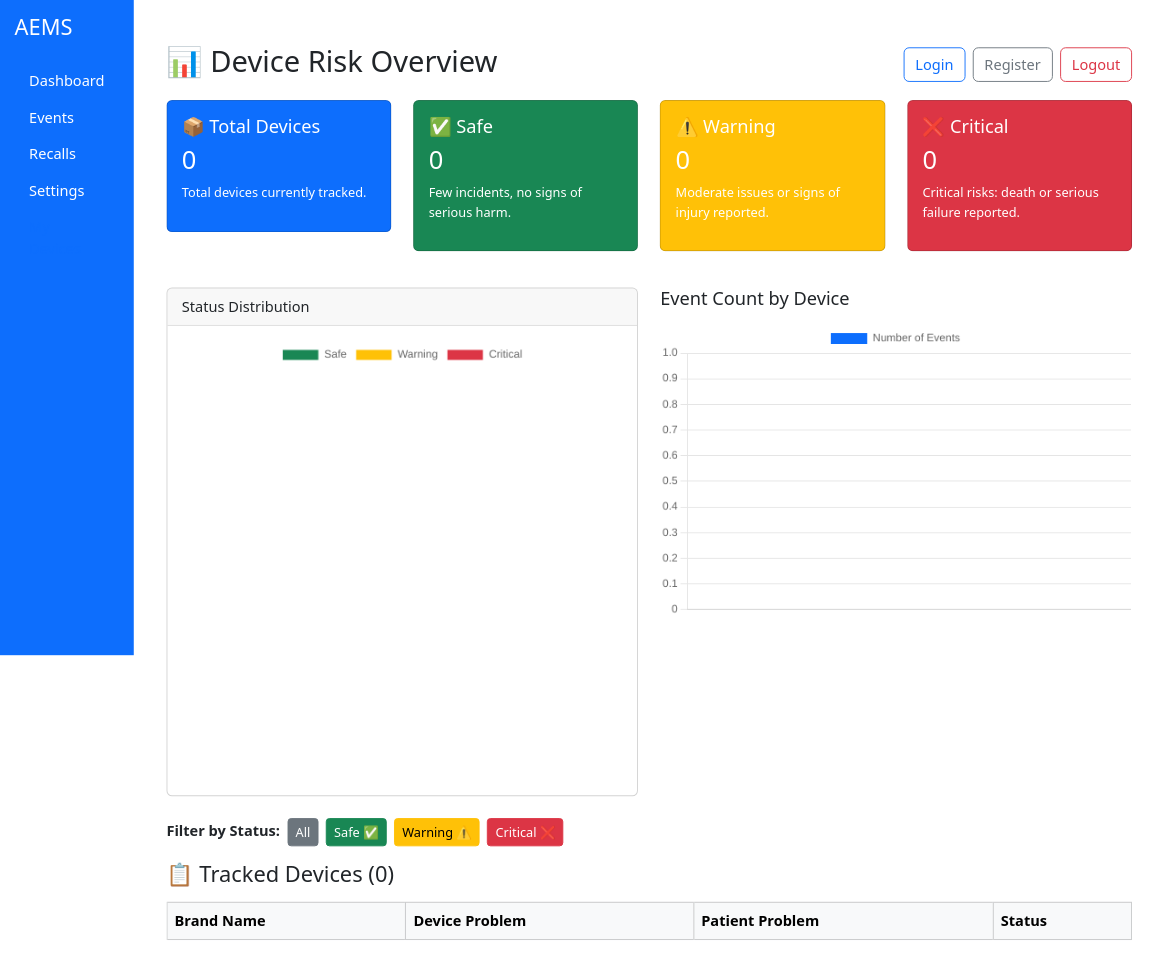
Repository: Sarary2/AEMS_2MVP
Page: / (app in frontend/AEMS/)
These files come from the project's save history. The page is drawn as it stood at one moment and after the next save; the edit follows.
The browser window is 1280 px wide. The pictures show the whole page, at 91% of full size.
The page's requests for data from a server got no answer. The project was rebuilt for these pictures with package versions that can differ from the ones it lists, and the page was loaded fresh each time. No one was signed in, and anything a server would have sent is missing. Also part of the build but not shown: frontend/AEMS/vite.config.js, frontend/AEMS/src/components/DeviceRow.jsx, frontend/AEMS/src/pages/Events.jsx, frontend/AEMS/src/firebase.js, frontend/AEMS/src/pages/Login.jsx, frontend/AEMS/src/pages/Register.jsx.

Above is the page before, as saved 2025-05-06 12:47:19.

### frontend/AEMS/src/main.jsx
import React from 'react';
import ReactDOM from 'react-dom/client';
import App from './App.jsx';
import 'bootstrap/dist/css/bootstrap.min.css';

ReactDOM.createRoot(document.getElementById('root')).render(
  <React.StrictMode>
    <App />
  </React.StrictMode>
);

### frontend/AEMS/src/App.jsx
import { BrowserRouter as Router, Routes, Route, useLocation } from 'react-router-dom';
import Sidebar from './components/Sidebar';
import Dashboard from './pages/Dashboard';
import Events from './pages/Events';
import Login from './pages/Login';
import Register from './pages/Register';

function LayoutWithSidebar({ children }) {
  return (
    <div className="d-flex">
      <Sidebar />
      <div className="p-4 flex-grow-1">
        {children}
      </div>
    </div>
  );
}

function AppRoutes() {
  const location = useLocation();
  const hideSidebar = ['/login', '/register'].includes(location.pathname);

  return hideSidebar ? (
    <Routes>
      <Route path="/login" element={<Login />} />
      <Route path="/register" element={<Register />} />
    </Routes>
  ) : (
    <LayoutWithSidebar>
      <Routes>
        <Route path="/" element={<Dashboard />} />
        <Route path="/events" element={<Events />} />
      </Routes>
    </LayoutWithSidebar>
  );
}

export default function App() {
  return (
    <Router>
      <AppRoutes />
    </Router>
  );
}

### frontend/AEMS/src/components/Sidebar.jsx
import { Link } from 'react-router-dom';

export default function Sidebar() {
  return (
    <div className="bg-primary text-white vh-100 p-3">
      <h4 className="text-white">AEMS</h4>
      <ul className="nav flex-column mt-4">
        <li className="nav-item"><Link className="nav-link text-white" to="/">Dashboard</Link></li>
        <li className="nav-item"><Link className="nav-link text-white" to="/events">Events</Link></li>
        <li className="nav-item"><Link className="nav-link text-white" to="/recalls">Recalls</Link></li>
        <li className="nav-item"><Link className="nav-link text-white" to="/settings">Settings</Link></li>
        <li className="nav-item">
  <a className="nav-link" href="/tracked">My Devices</a>
</li>
      </ul>
    </div>
  );
}

### frontend/AEMS/src/pages/Dashboard.jsx
import { useEffect, useState } from 'react';
import { useNavigate } from 'react-router-dom';
import StatCard from '../components/StatCard';
import DeviceRow from '../components/DeviceRow';
import StatusChart from '../components/StatusChart';
import EventsChart from '../components/EventsChart';

export default function Dashboard() {
  const [devices, setDevices] = useState([]);
  const [filter, setFilter] = useState('All');
  const navigate = useNavigate();

  useEffect(() => {
    fetch('http://localhost:5001/api/devices/all')
      .then(res => res.json())
      .then(data => setDevices(data))
      .catch(err => console.error('Failed to fetch devices', err));
  }, []);

  const getStatusCounts = () => {
    const total = devices.length;
    const safe = devices.filter(d => d.status === 'Safe').length;
    const warning = devices.filter(d => d.status === 'Warning').length;
    const critical = devices.filter(d => d.status === 'Critical').length;
    return { total, safe, warning, critical };
  };

  const { total, safe, warning, critical } = getStatusCounts();
  const filteredDevices = filter === 'All' ? devices : devices.filter(d => d.status === filter);

  const statusIcons = {
    Safe: '✅',
    Warning: '⚠️',
    Critical: '❌'
  };

  return (
    <div className="container-fluid">
      <div className="d-flex justify-content-between align-items-center mt-4 mb-3">
        <h2>📊 Device Risk Overview</h2>
        <div>
          <button className="btn btn-outline-primary me-2" onClick={() => navigate('/login')}>Login</button>
          <button className="btn btn-outline-secondary me-2" onClick={() => navigate('/register')}>Register</button>
          <button className="btn btn-outline-danger" onClick={() => alert('🔒 Logged out')}>Logout</button>
        </div>
      </div>

      <div className="row mb-4">
        <StatCard title="Total Devices" count={total} />
        <StatCard title="Safe" count={safe} />
        <StatCard title="Warning" count={warning} />
        <StatCard title="Critical" count={critical} />
      </div>

      <div className="row mb-4">
        <div className="col-md-6">
          <StatusChart data={{ Safe: safe, Warning: warning, Critical: critical }} />
        </div>
        <div className="col-md-6">
          <EventsChart devices={devices} />
        </div>
      </div>

      <div className="mb-3">
        <strong>Filter by Status:</strong>{' '}
        {['All', 'Safe', 'Warning', 'Critical'].map((s) => (
          <button
            key={s}
            className={`btn btn-sm mx-1 btn-${s === 'All' ? 'secondary' : s === 'Safe' ? 'success' : s === 'Warning' ? 'warning' : 'danger'}`}
            onClick={() => setFilter(s)}
          >
            {s} {statusIcons[s] || ''}
          </button>
        ))}
      </div>

      <h4>📋 Tracked Devices ({filteredDevices.length})</h4>
      <div className="table-responsive">
        <table className="table table-striped table-bordered mt-2">
          <thead className="table-light">
            <tr>
              <th>Brand Name</th>
              <th>Device Problem</th>
              <th>Patient Problem</th>
              <th>Status</th>
            </tr>
          </thead>
          <tbody>
            {filteredDevices.map((device, i) => (
              <DeviceRow key={i} device={device} />
            ))}
          </tbody>
        </table>
      </div>
    </div>
  );
}

### frontend/AEMS/src/components/StatCard.jsx
import React from 'react';

const statusDetails = {
  "Safe": {
    icon: "✅",
    explanation: "Few incidents, no signs of serious harm.",
    color: "success"
  },
  "Warning": {
    icon: "⚠️",
    explanation: "Moderate issues or signs of injury reported.",
    color: "warning"
  },
  "Critical": {
    icon: "❌",
    explanation: "Critical risks: death or serious failure reported.",
    color: "danger"
  },
  "Total Devices": {
    icon: "📦",
    explanation: "Total devices currently tracked.",
    color: "primary"
  }
};

export default function StatCard({ title, count }) {
  const details = statusDetails[title] || {
    icon: "📊",
    explanation: "Summary of device activity.",
    color: "secondary"
  };

  return (
    <div className="col-md-3 mb-3">
      <div className={`card text-white bg-${details.color}`}>
        <div className="card-body">
          <h5 className="card-title">
            {details.icon} {title}
          </h5>
          <h3 className="card-text">{count}</h3>
          <p className="small">{details.explanation}</p>
        </div>
      </div>
    </div>
  );
}

### frontend/AEMS/src/components/StatusChart.jsx
import { Pie } from 'react-chartjs-2';
import { Chart as ChartJS, ArcElement, Tooltip, Legend } from 'chart.js';

ChartJS.register(ArcElement, Tooltip, Legend);

export default function StatusChart({ data }) {
  const chartData = {
    labels: ['Safe', 'Warning', 'Critical'],
    datasets: [
      {
        data: [data.Safe, data.Warning, data.Critical],
        backgroundColor: ['#198754', '#ffc107', '#dc3545'],
        borderWidth: 1,
      },
    ],
  };

  return (
    <div className="card">
      <div className="card-header">Status Distribution</div>
      <div className="card-body">
        <Pie data={chartData} />
      </div>
    </div>
  );
}

### frontend/AEMS/src/components/EventsChart.jsx
import { useEffect } from 'react';
import Chart from 'chart.js/auto';

export default function EventsChart({ devices }) {
  useEffect(() => {
    const ctx = document.getElementById('eventsChart');

    const deviceCounts = devices.reduce((acc, d) => {
      const name = d.deviceName || 'Unknown';
      acc[name] = (acc[name] || 0) + 1;
      return acc;
    }, {});

    const chartData = {
      labels: Object.keys(deviceCounts),
      datasets: [
        {
          label: 'Number of Events',
          data: Object.values(deviceCounts),
          backgroundColor: ['#0d6efd', '#ffc107', '#dc3545', '#198754', '#6f42c1'],
        },
      ],
    };

    const chart = new Chart(ctx, {
      type: 'bar',
      data: chartData,
    });

    return () => chart.destroy();
  }, [devices]);

  return (
    <div>
      <h5 className="mb-3">Event Count by Device</h5>
      <canvas id="eventsChart" width="400" height="250"></canvas>
    </div>
  );
}

Loaded but not shown: frontend/AEMS/index.html (common file)

After the next save:
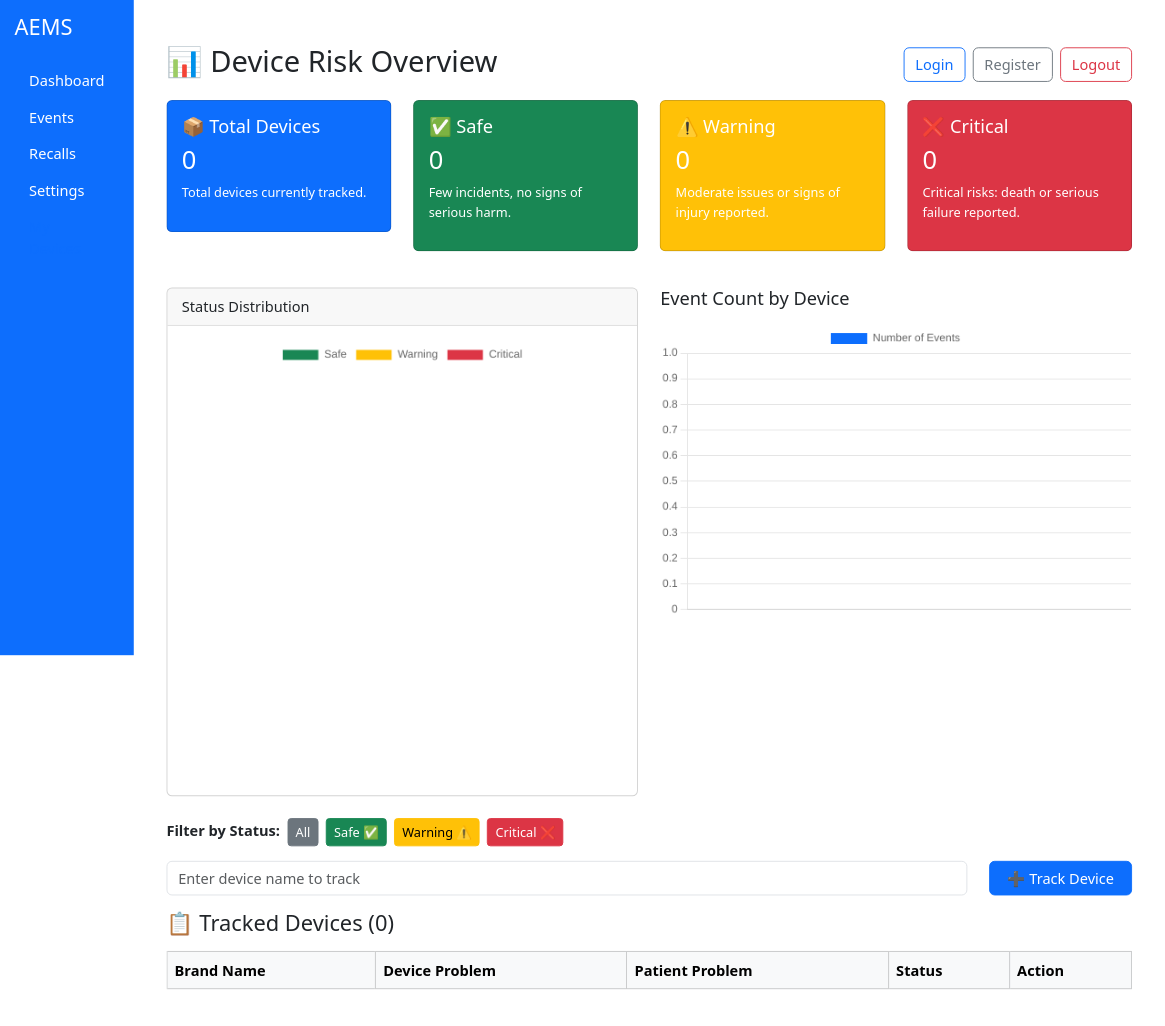
Saved 4 min 6 s later.
--- a/frontend/AEMS/src/pages/Dashboard.jsx
+++ b/frontend/AEMS/src/pages/Dashboard.jsx
@@ -8,6 +8,10 @@ import EventsChart from '../components/EventsChart';
 export default function Dashboard() {
   const [devices, setDevices] = useState([]);
   const [filter, setFilter] = useState('All');
+  const [tracked, setTracked] = useState(() =>
+    JSON.parse(localStorage.getItem('trackedDevices') || '[]')
+  );
+  const [deviceInput, setDeviceInput] = useState('');
   const navigate = useNavigate();
 
   useEffect(() => {
@@ -26,7 +30,30 @@ export default function Dashboard() {
   };
 
   const { total, safe, warning, critical } = getStatusCounts();
-  const filteredDevices = filter === 'All' ? devices : devices.filter(d => d.status === filter);
+
+  const handleTrackAdd = () => {
+    const input = deviceInput.trim().toLowerCase();
+    if (!input || tracked.includes(input)) return;
+    const updated = [...tracked, input];
+    setTracked(updated);
+    localStorage.setItem('trackedDevices', JSON.stringify(updated));
+    setDeviceInput('');
+  };
+
+  const handleTrackRemove = (name) => {
+    const updated = tracked.filter(t => t !== name.toLowerCase());
+    setTracked(updated);
+    localStorage.setItem('trackedDevices', JSON.stringify(updated));
+  };
+
+  const matchedTrackedDevices = devices.filter(d =>
+    tracked.some(t => d.brandName.toLowerCase().includes(t))
+  );
+
+  const filteredDevices =
+    filter === 'All'
+      ? matchedTrackedDevices
+      : matchedTrackedDevices.filter(d => d.status === filter);
 
   const statusIcons = {
     Safe: '✅',
@@ -74,6 +101,22 @@ export default function Dashboard() {
         ))}
       </div>
 
+      <div className="mb-3 row">
+        <div className="col-md-10">
+          <input
+            placeholder="Enter device name to track"
+            className="form-control"
+            value={deviceInput}
+            onChange={(e) => setDeviceInput(e.target.value)}
+          />
+        </div>
+        <div className="col-md-2">
+          <button className="btn btn-primary w-100" onClick={handleTrackAdd}>
+            ➕ Track Device
+          </button>
+        </div>
+      </div>
+
       <h4>📋 Tracked Devices ({filteredDevices.length})</h4>
       <div className="table-responsive">
         <table className="table table-striped table-bordered mt-2">
@@ -83,11 +126,12 @@ export default function Dashboard() {
               <th>Device Problem</th>
               <th>Patient Problem</th>
               <th>Status</th>
+              <th>Action</th>
             </tr>
           </thead>
           <tbody>
             {filteredDevices.map((device, i) => (
-              <DeviceRow key={i} device={device} />
+              <DeviceRow key={i} device={device} onRemove={handleTrackRemove} />
             ))}
           </tbody>
         </table>
